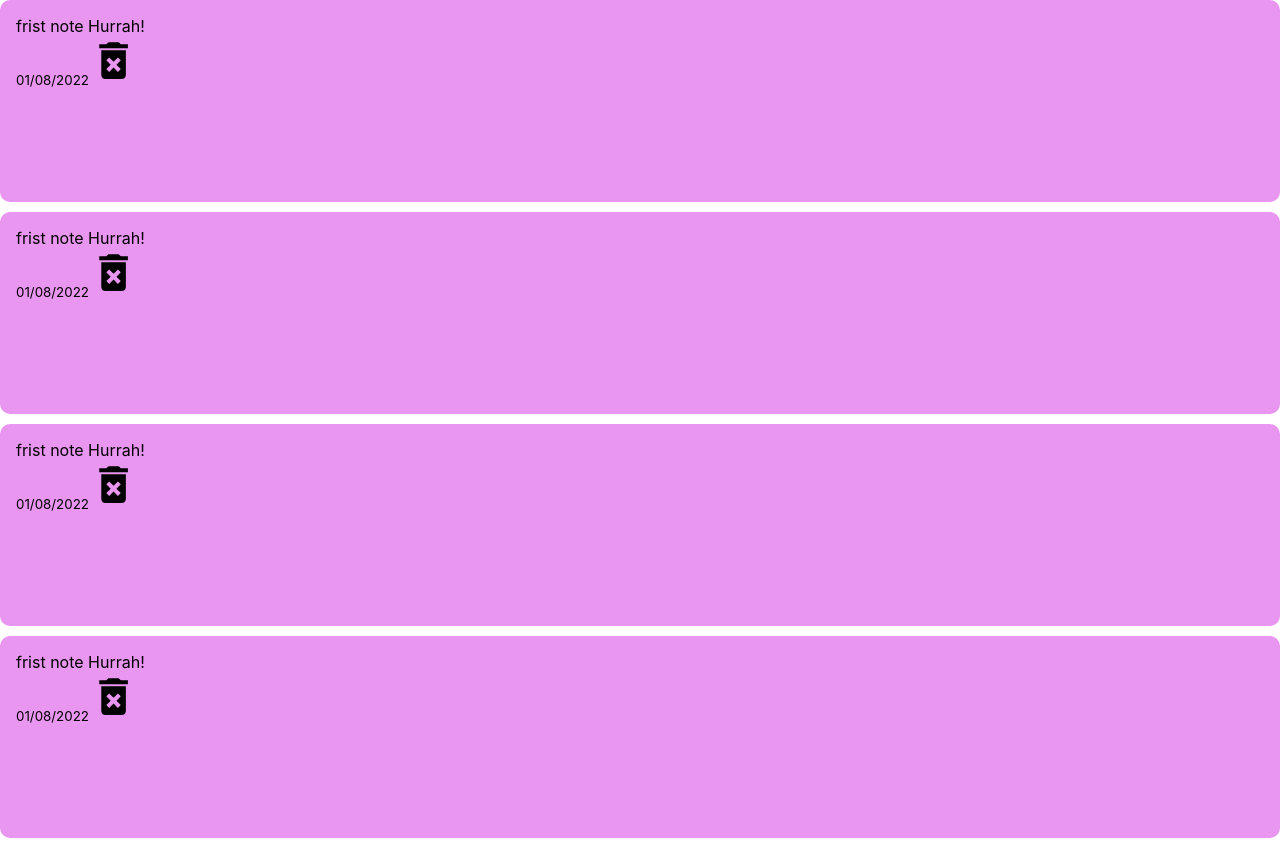
Repository: DeraBola/react-notes-app
Page: /
These files come from the project's save history. The page is drawn as it stood at one moment and after a run of saves; the edit follows.
The browser window is 1280 px wide. The pictures show the whole page.
The project was rebuilt for these pictures with package versions that can differ from the ones it lists, and the page was loaded fresh each time.

Above is the page before, as saved 2022-08-01 08:27:00.

After the next 2 saves:
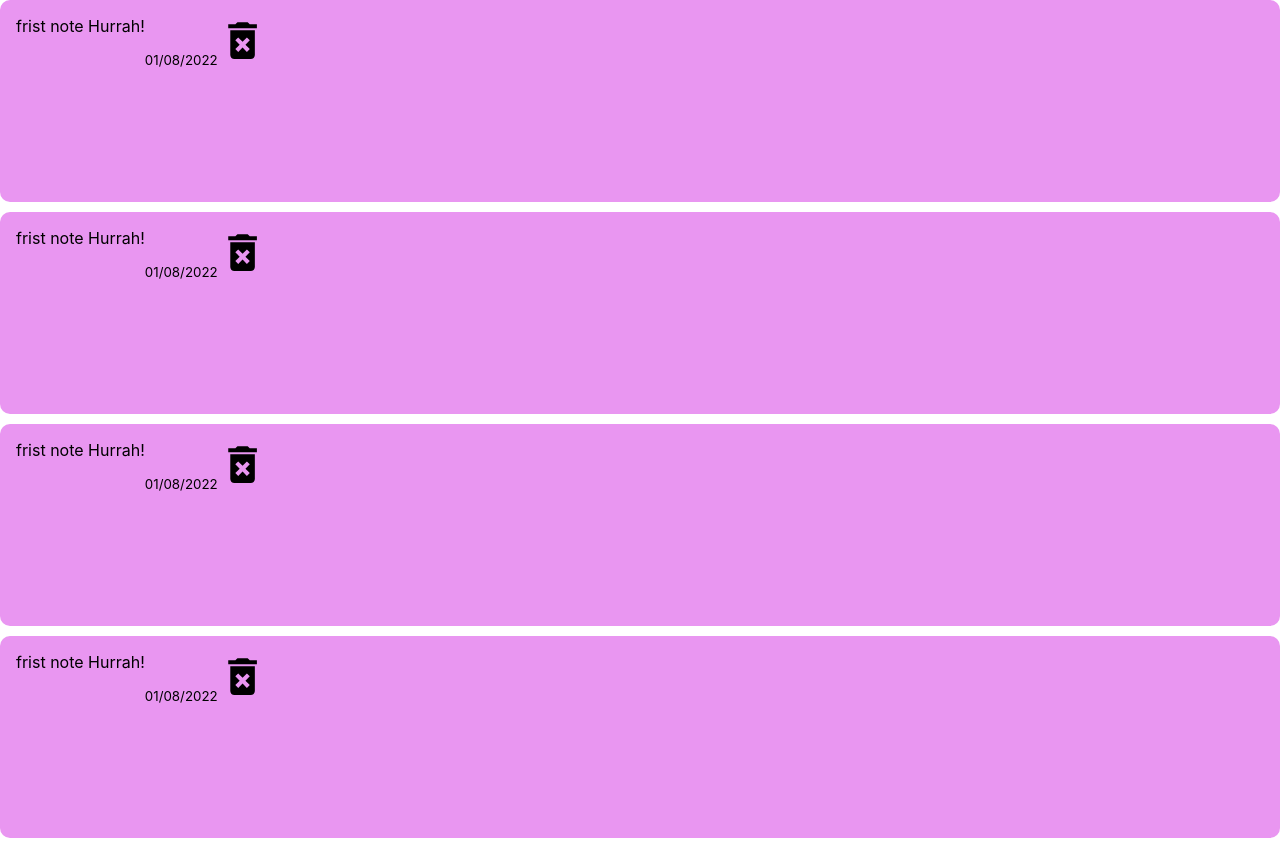
The 2 saves are shown as one change because they came seconds apart.
The last was saved 14 s later.
--- a/src/index.css
+++ b/src/index.css
@@ -15,5 +15,5 @@
     border-radius: 10px;
     padding: 1rem;
     min-height: 170px;
-    ds
+    display: flex;
 }

After the 2 saves that followed:
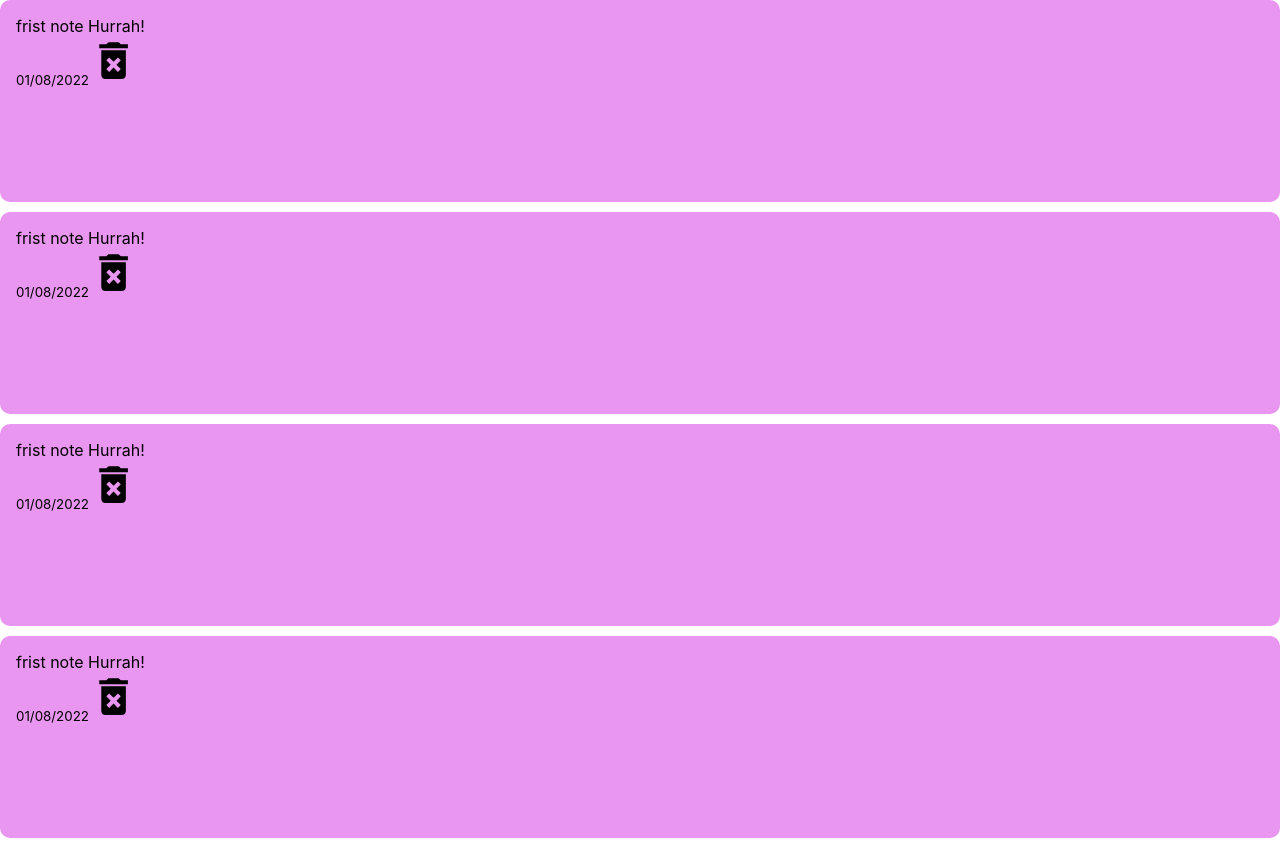
The 2 saves are shown as one change because 1 left the picture as it was.
The last was saved 67 s later.
--- a/src/index.css
+++ b/src/index.css
@@ -16,4 +16,5 @@
     padding: 1rem;
     min-height: 170px;
     display: flex;
+    flex-direction: column;
 }
